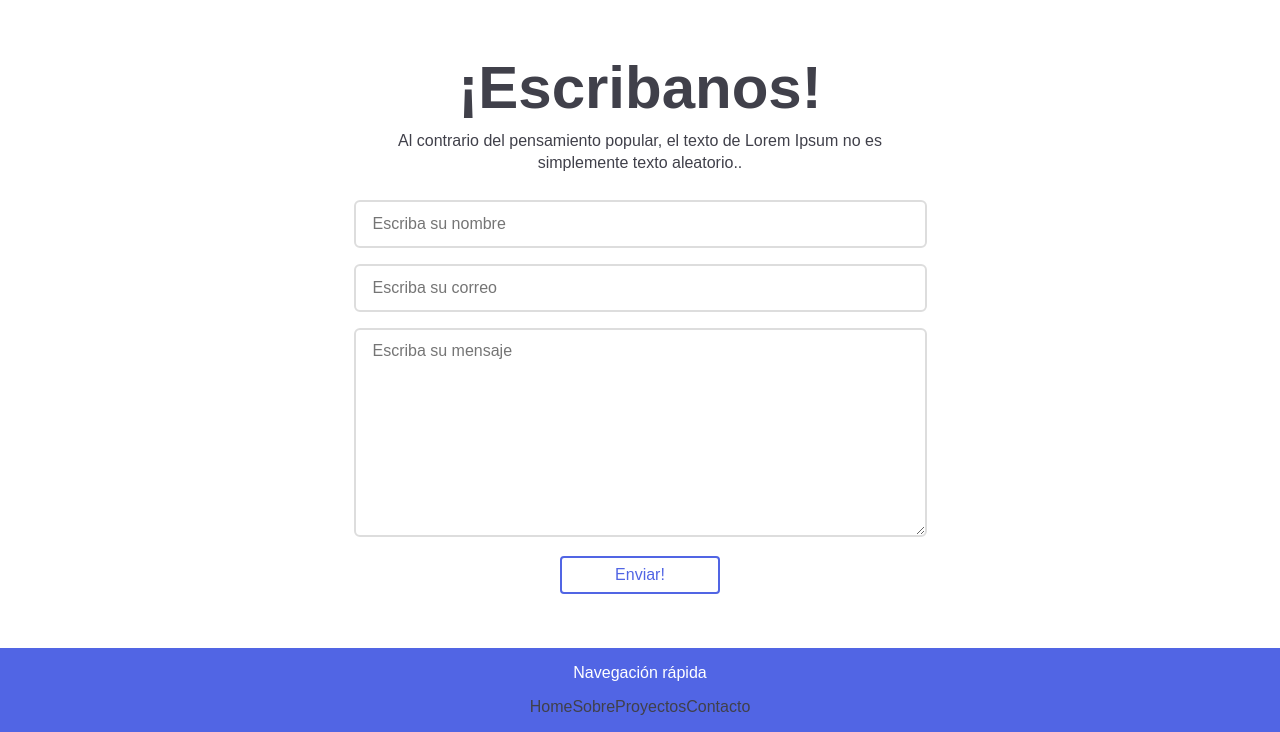
Repository: robsonmarkes/accesibilidad
Page: index.html
An editor plug-in stored every save of this project. The page is shown before and after the next save, followed by the edit.
The browser window is 1280 px wide. The pictures show the part of the page from y = 1369 to 2101 px (the page is 2101 px tall before and 2091 px after).
A picture or video elsewhere on the page could not be fetched, so the positions and the page height are approximate.

Above is the page before, as saved 2022-10-11 11:22:20.

### index.html
<!DOCTYPE html>
<html lang="en">
<head>
    <meta charset="UTF-8">
    <meta http-equiv="X-UA-Compatible" content="IE=edge">
    <meta name="viewport" content="width=device-width, initial-scale=1.0">
    <title>Mi empresa portal</title>
    <link rel="stylesheet" href="style.css">
</head>
<body>
    <!-- wrong way -->
    <div class="wrap">
        <div class="header">
            <a href="http://google.com" class="logo">
                <img src="https://www.pngarts.com/files/3/Logo-PNG-Transparent-Image.png" alt="" srcset="">
            </a>
            <ul>
                <li>
                    <a href="#" target="_blank" rel="noopener noreferrer">Home</a>
                </li>
                <li>
                    <a href="#" target="_blank" rel="noopener noreferrer">Proyectos</a>
                </li>
                <li>
                    <a href="#" target="_blank" rel="noopener noreferrer">Contacto</a>
                </li>
            </ul>
        </div>
        <div class="content">
            <div class="article">
                <h1>Bienvenido!</h1>
                <p>
                    Lorem Ipsum es simplemente el texto de relleno de las imprentas y archivos de texto. Lorem Ipsum ha sido el texto de relleno estándar de las industrias desde el año 1500, cuando un impresor (N. del T. persona que se dedica a la imprenta) desconocido usó una galería de textos y los mezcló de tal manera que logró hacer un libro de textos especimen. No sólo sobrevivió 500 años, sino que tambien ingresó como texto de relleno en documentos electrónicos, quedando esencialmente igual al original. Fue popularizado en los 60s con la creación de las hojas "Letraset", las cuales contenian pasajes de Lorem Ipsum, y más recientemente con software de autoedición, como por ejemplo Aldus PageMaker, el cual incluye versiones de Lorem Ipsum.
                </p>
                <div class="buttons">
                    <button class="primary">Empezar!</button>
                    <button class="secondary">Contacto</button>
                </div>
            </div>
            <hr />
            <div class="article">
                <div>
                    <h1>Nuestra empresa</h1>
                    <p>
                        Es un hecho establecido hace demasiado tiempo que un lector se distraerá con el contenido del texto de un sitio mientras que mira su diseño. El punto de usar Lorem Ipsum es que tiene una distribución más o menos normal de las letras, al contrario de usar textos como por ejemplo "Contenido aquí, contenido aquí". Estos textos hacen parecerlo un español que se puede leer. Muchos paquetes de autoedición y editores de páginas web usan el Lorem Ipsum como su texto por defecto, y al hacer una búsqueda de "Lorem Ipsum" va a dar por resultado muchos sitios web que usan este texto si se encuentran en estado de desarrollo. Muchas versiones han evolucionado a través de los años, algunas veces por accidente, otras veces a propósito (por ejemplo insertándole humor y cosas por el estilo).
                    </p>
                </div>
                <img src="https://cdn-dynmedia-1.microsoft.com/is/image/microsoftcorp/O2019-Hero-image-x2:VP1-539x440?resMode=sharp2&op_usm=1.5,0.65,15,0&wid=1920&hei=720&qlt=75&fit=constrain" alt="">
            </div>
            <hr />
            <div class="article">
                <h1>¡Escribanos!</h1>
                <p>
                    Al contrario del pensamiento popular, el texto de Lorem Ipsum no es simplemente texto aleatorio..
                </p>
                <form action="">
                    <fieldset>
                        <legend>En formulário de ejemplo</legend>
                        <div class="form-group">
                            <label for="name">nombre:</label>
                            <input type="text" name="name" id="name" placeholder="Escriba su nombre">
                        </div>
                        <div class="form-group">
                            <label for="email">correo:</label>
                            <input type="text" name="email" id="email" placeholder="Escriba su correo">
                        </div>
                        <div class="form-group">
                            <label for="message">mensaje:</label>
                            <textarea name="message" id="message" cols="30" rows="10" placeholder="Escriba su mensaje"></textarea>
                        </div>
                        <button>Enviar!</button>
                    </fieldset>
                </form>
            </div>
        </div>
        <div class="footer">
            <span>Navegación rápida</span>
            <ul>
                <li>
                    <a href="#" target="_blank" rel="noopener noreferrer">Home</a>
                </li>
                <li>
                    <a href="#" target="_blank" rel="noopener noreferrer">Sobre</a>
                </li>
                <li>
                    <a href="#" target="_blank" rel="noopener noreferrer">Proyectos</a>
                </li>
                <li>
                    <a href="#" target="_blank" rel="noopener noreferrer">Contacto</a>
                </li>
            </ul>
        </div>

        <div class="backgound-modal"></div>
        <div class="modal">
            <h2 class="title">Estas seguro que quieres enviar?</h2>
            <span>La acción no puede ser deshecha.</span>
            <button>¡Si!</button>
            <button>¡No!</button>
        </div>

    </div>
</body>
</html>

### style.css
:root {
    --primary-bg: rgb(81, 101, 228);
    --primary-color: #ffffff;
    --secondary-bg: #ffffff;
    --secondary-color: rgb(64, 64, 74);
    --body-bg: rgb(64, 64, 74);
    --transition-time: 0.2s;
  }

body, * {
    margin: 0;
    padding: 0;
    list-style-type: none;
    text-decoration: none;
    font-family:Arial, Helvetica, sans-serif;
    color: var(--secondary-color);
}

body a:hover {
    color: var(--primary-color);
}

.wrap {
    width: 100%;
    height: auto;
    margin: 0 auto;

}

.wrap .header {
    display: flex;
    align-items: center;
    background-color: var(--primary-bg);
}

.wrap .header  img {
    filter: invert(100%);
    height: 64px;
}

.wrap .header ul {
    display: flex;
}
.wrap .header ul li {
    padding: 1rem;
}
.wrap .header a {
    color: var(--primary-color);
}

.wrap .content {
    width: 100%;
    min-width: 400px;
    margin: 0;
}

.wrap .content hr {
    color: var(--body-bg);
    opacity: 0.2;
}

.wrap .content .article {
    margin: 0 auto;
    padding: 64px 0 48px;
    max-width: 600px;
    line-height: 1.4;
}

.wrap .content .article h1, h2, h3 {
    font-size: 3.75rem;
    padding-bottom: 0.35;
    text-align: center;
}

.wrap .content .article p {
    font-size: 1rem;
    text-align: center;
    padding: 0 1rem 1rem;
}

.wrap .content .article img {
    margin: 0 auto;
    max-width: 100%;
    padding: 1rem;
}

.wrap .content .article .buttons {
    max-width: 220px;
    margin: 0 auto;
    display: flex;
}

.wrap .content .article .buttons button {
    font-size: 1rem;
    padding: 0.5rem 1rem;
    margin: 4px;
    border: 2px solid;
    border-radius: 4px;
    cursor: pointer;
    background-color: transparent;
}

.wrap .content .article .buttons button.primary {
    background-color: var(--primary-color);
    color: var(--primary-bg);
    transition: var(--transition-time) background-color;
}

.wrap .content .article .buttons button.primary:hover {
    background-color: var(--primary-bg);
    color: var(--primary-color);
    border-color: var(--primary-bg);
}

.wrap .content .article .buttons button.secondary {
    background-color: var(--secondary-color);
    color: var(--secondary-bg);
    border-color: var(--secondary-color);
    transition: var(--transition-time) background-color;
}

.wrap .content .article .buttons button.secondary:hover {
    background-color: var(--secondary-bg);
    color: var(--secondary-color);
    border-color: var(--secondary-color);
}

.wrap .content .article form {
    width: 100%;
    margin: 0 auto;
}

.wrap .content .article form fieldset {
    display: flex;
    flex-direction: column;
    align-items: center;
    border-color: transparent;
}

.wrap .content .article form fieldset legend {
    opacity: 0;
    font-size: 0px;
}

.wrap .content .article form .form-group {
    width: 100%;
    display: block;
}

.wrap .content .article form .form-group label {
    opacity: 0;
    font-size: 0px;
}

.wrap .content .article form .form-group input, .wrap .content .article form .form-group textarea {
    font-size: 1rem;
    padding: 0.8rem 1rem;
    margin: 0.5rem;
    border: 2px solid #ddd;
    border-radius: 6px;
    width: 90%;
}

.wrap .content .article form fieldset button {
    font-size: 1rem;
    width: 160px;
    margin: 0 auto;
    padding: 0.5rem 1rem;
    margin: 4px;
    border: 2px solid;
    border-radius: 4px;
    cursor: pointer;
    background-color: var(--primary-color);
    color: var(--primary-bg);
    transition: var(--transition-time) background-color;
}

.wrap .content .article form fieldset button:hover {
    background-color: var(--primary-bg);
    color: var(--primary-color);
    border-color: var(--primary-bg);
}

.wrap .background-modal, .wrap .modal {
    display: none;
}

.wrap .footer {
    display: flex;
    flex-direction: column;
    align-items: center;
    padding: 1rem;
    background-color: var(--primary-bg);
}

.wrap .footer span {
    color: var(--primary-color);
    padding-bottom: 1rem;
}

.wrap .footer  ul {
    display: flex;
}

After the next save:
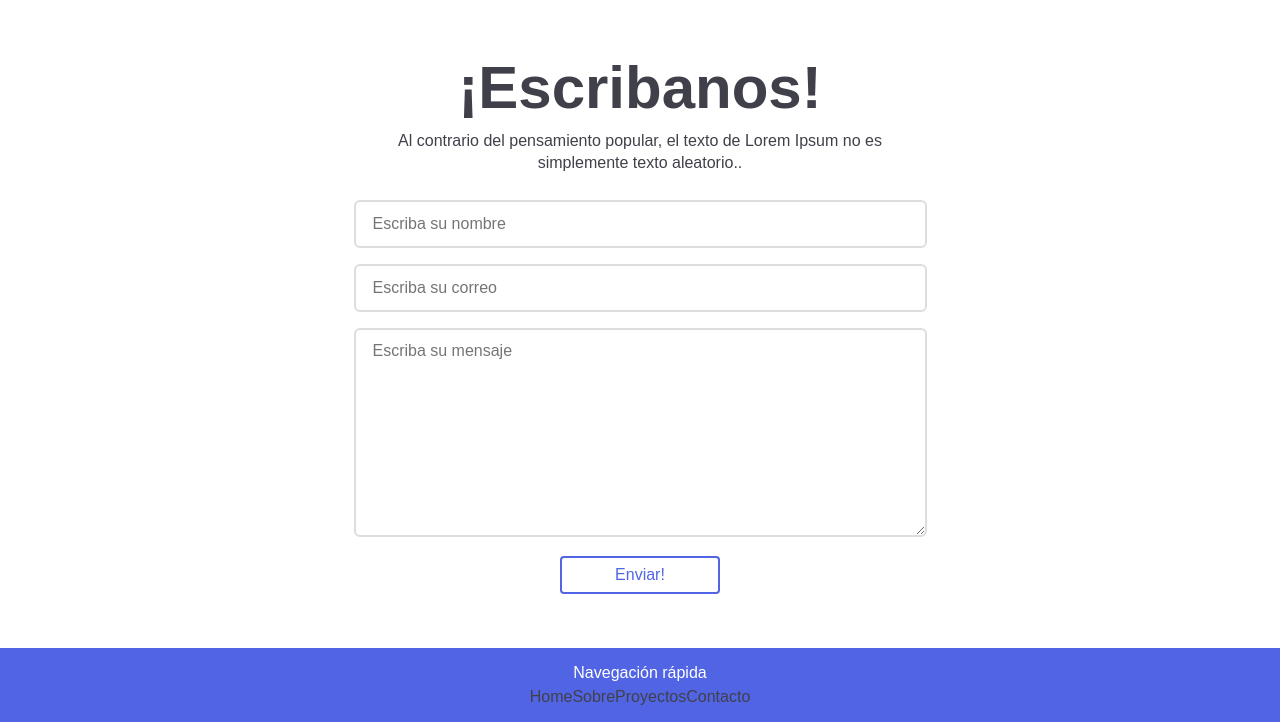
Saved 5 s later.
--- a/style.css
+++ b/style.css
@@ -195,7 +195,7 @@ body a:hover {
 
 .wrap .footer span {
     color: var(--primary-color);
-    padding-bottom: 1rem;
+    padding-bottom: 0.4rem;
 }
 
 .wrap .footer  ul {
